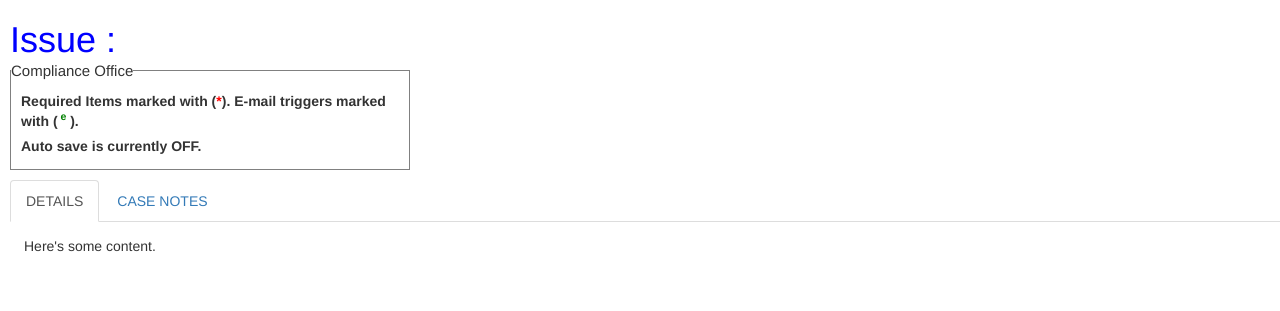
Repository: ManjushaDaram/LibraryPramati
Page: /
The author's editor kept a copy of each file at every save. The page is drawn from the files as they stood at one save, then again after the next save.
The browser window is 1280 px wide. The pictures show the whole page.
The project was rebuilt for these pictures with package versions that can differ from the ones it lists, and the page was loaded fresh each time. Also part of the build but not shown: angular.json.

Above is the page before, as saved 2019-04-18 12:01:04.

After the next save:
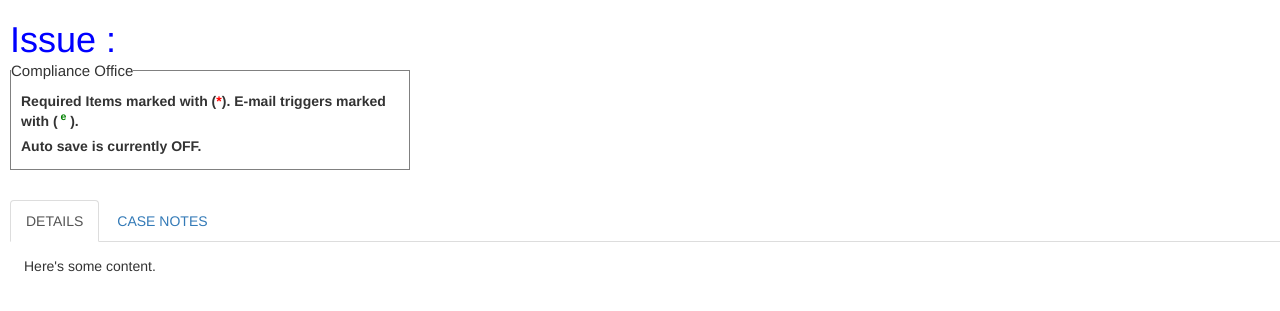
Saved 13 s later.
--- a/src/app/AddIssue/addissue/addissue.component.html
+++ b/src/app/AddIssue/addissue/addissue.component.html
@@ -14,7 +14,7 @@
   </div>
 </div>
 
-<div style="margin-top: 10px">
+<div style="margin-top: 30px">
   <tabs>
     <tab tabTitle="DETAILS">
       Here's some content.
